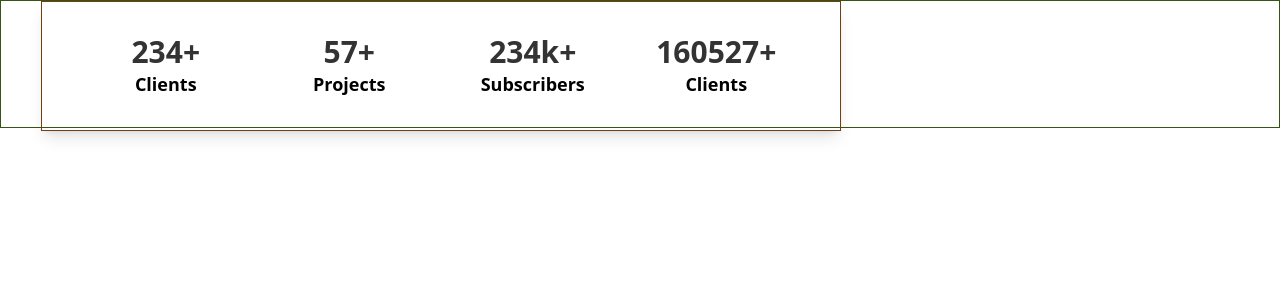
Repository: Kish202/Coz-Marketing-Site
Page: / (app in frontend/)
An editor plug-in stored every save of this project. The page is shown before and after the next save, followed by the edit.
The browser window is 1280 px wide. The pictures show the whole page.
The project was rebuilt for these pictures with package versions that can differ from the ones it lists, and the page was loaded fresh each time. Also part of the build but not shown: frontend/vite.config.js.

Above is the page before, as saved 2025-03-09 12:24:47.

After the next save:
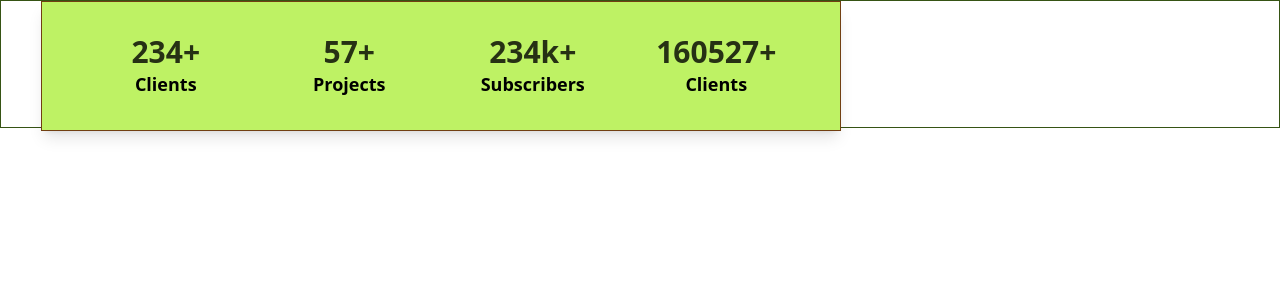
Saved 5 s later.
--- a/frontend/src/components/Service/Service.jsx
+++ b/frontend/src/components/Service/Service.jsx
@@ -4,7 +4,7 @@ import CountUp from "react-countup"
 const Service =() =>{
   return (
     <section className="container h-12 md:h-32 border border-lime-900">
-     <div className="grid grid-cols-4 w-full place-items-center  border border-yellow-900 bg--300 p-2 shadow-lg dark:bg-violet-800 dark:text-white/70 md:max-w-[800px]  md:p-8">
+     <div className="grid grid-cols-4 w-full place-items-center  border border-yellow-900 bg-lime-300 p-2 shadow-lg dark:bg-violet-800 dark:text-white/70 md:max-w-[800px]  md:p-8">
     <div className="flex flex-col items-center justify-center " >
 
 
